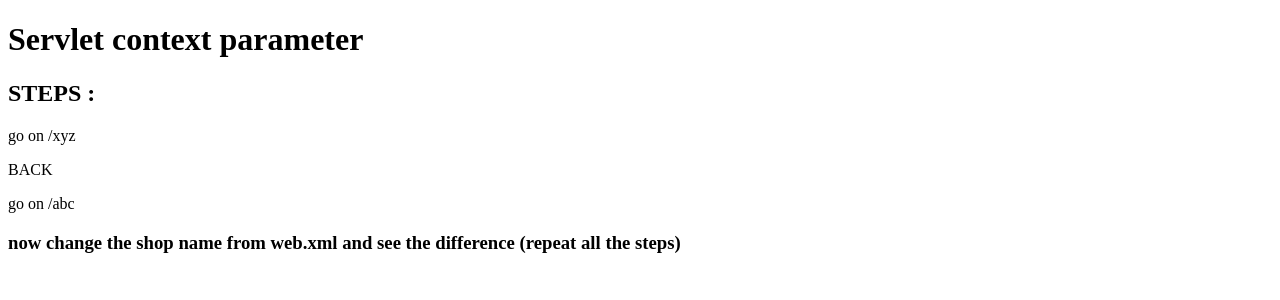
Repository: suraj-repositories/java-practice-2-advance-java-1
Page: Ad_12_servlet_contextParameter_use/src/main/webapp/index.html
These files come from the project's save history. The page is drawn as it stood at one moment and after the next save; the edit follows.
The browser window is 1280 px wide. The pictures show the whole page.

Above is the page before, as saved 2023-07-22 13:13:49.

### Ad_12_servlet_contextParameter_use/src/main/webapp/index.html
<!DOCTYPE html>
<html>
<head>
<meta charset="ISO-8859-1">
<title>Insert title here</title>
</head>
<body>

<h1>Servlet context parameter </h1>
<h2>STEPS :</h2>

<p> go on /xyz</p>
<P>BACK</P>
<p> go on /abc</p>

<h3>now change the shop name from web.xml and see the difference (repeat all the steps)</h3>
</body>
</html>

After the next save:
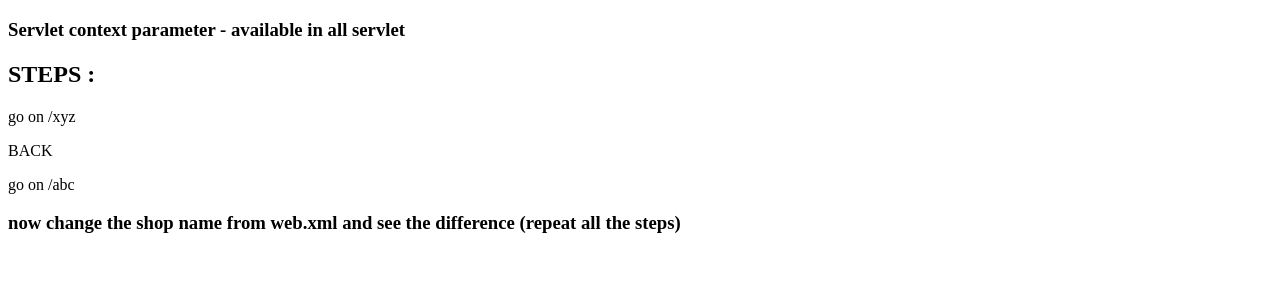
Saved 45 s later.
--- a/Ad_12_servlet_contextParameter_use/src/main/webapp/index.html
+++ b/Ad_12_servlet_contextParameter_use/src/main/webapp/index.html
@@ -6,7 +6,7 @@
 </head>
 <body>
 
-<h1>Servlet context parameter </h1>
+<h3>Servlet context parameter - available in all servlet</h3>
 <h2>STEPS :</h2>
 
 <p> go on /xyz</p>
